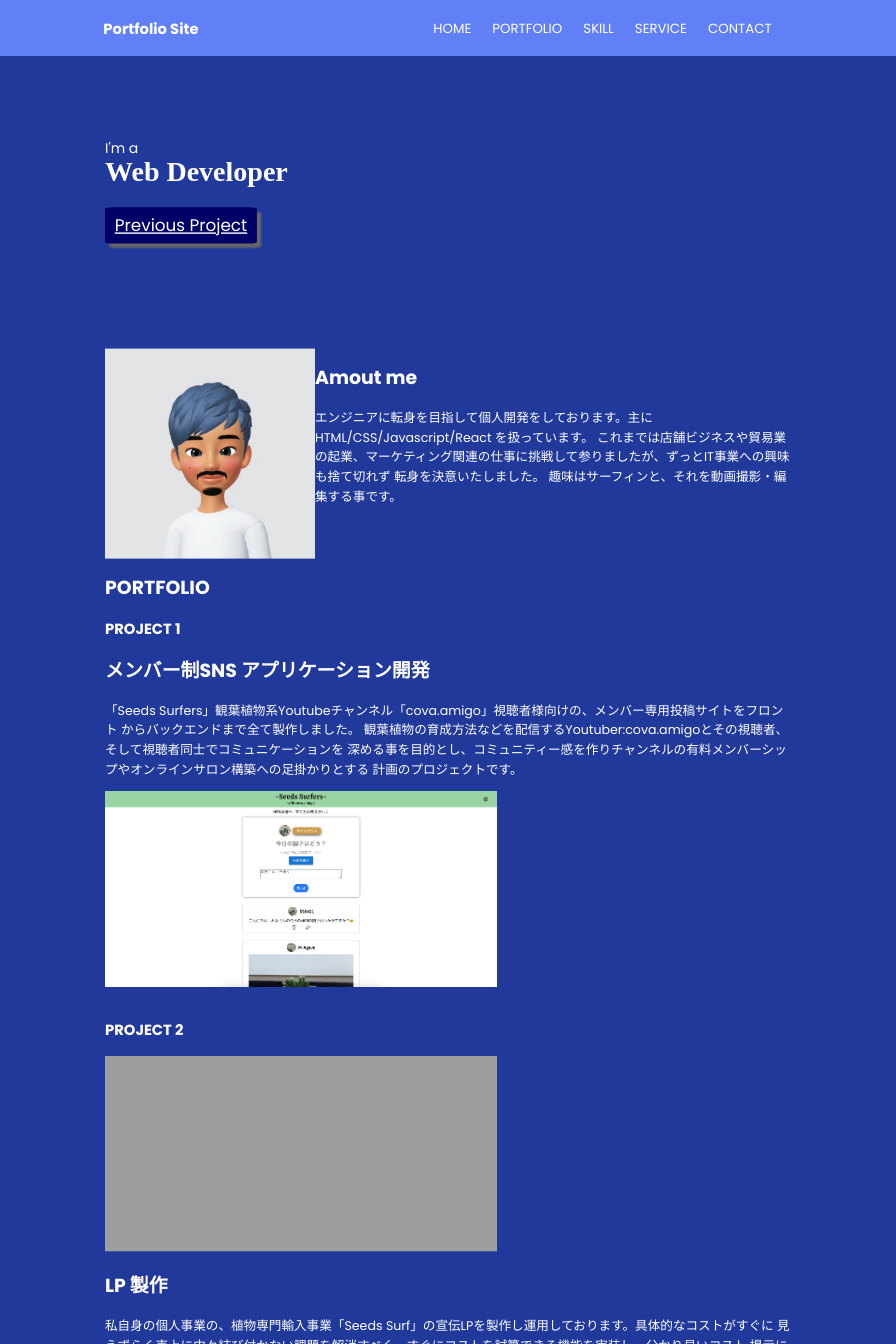
Repository: Seiya00002/my-portfolio-website2
Page: /
An editor plug-in stored every save of this project. The page is shown before and after the next save, followed by the edit.
The browser window is 1280 px wide. The pictures show the part of the page from y = 0 to 1920 px (the page is 4002 px tall), at 70% of full size.
Pictures or frames that could not be fetched are drawn as grey boxes. Some web fonts or font styles are not loaded; a fallback is used. The project was rebuilt for these pictures with package versions that can differ from the ones it lists, and the page was loaded fresh each time.

Above is the page before, as saved 2023-09-24 08:13:30.

After the next save:
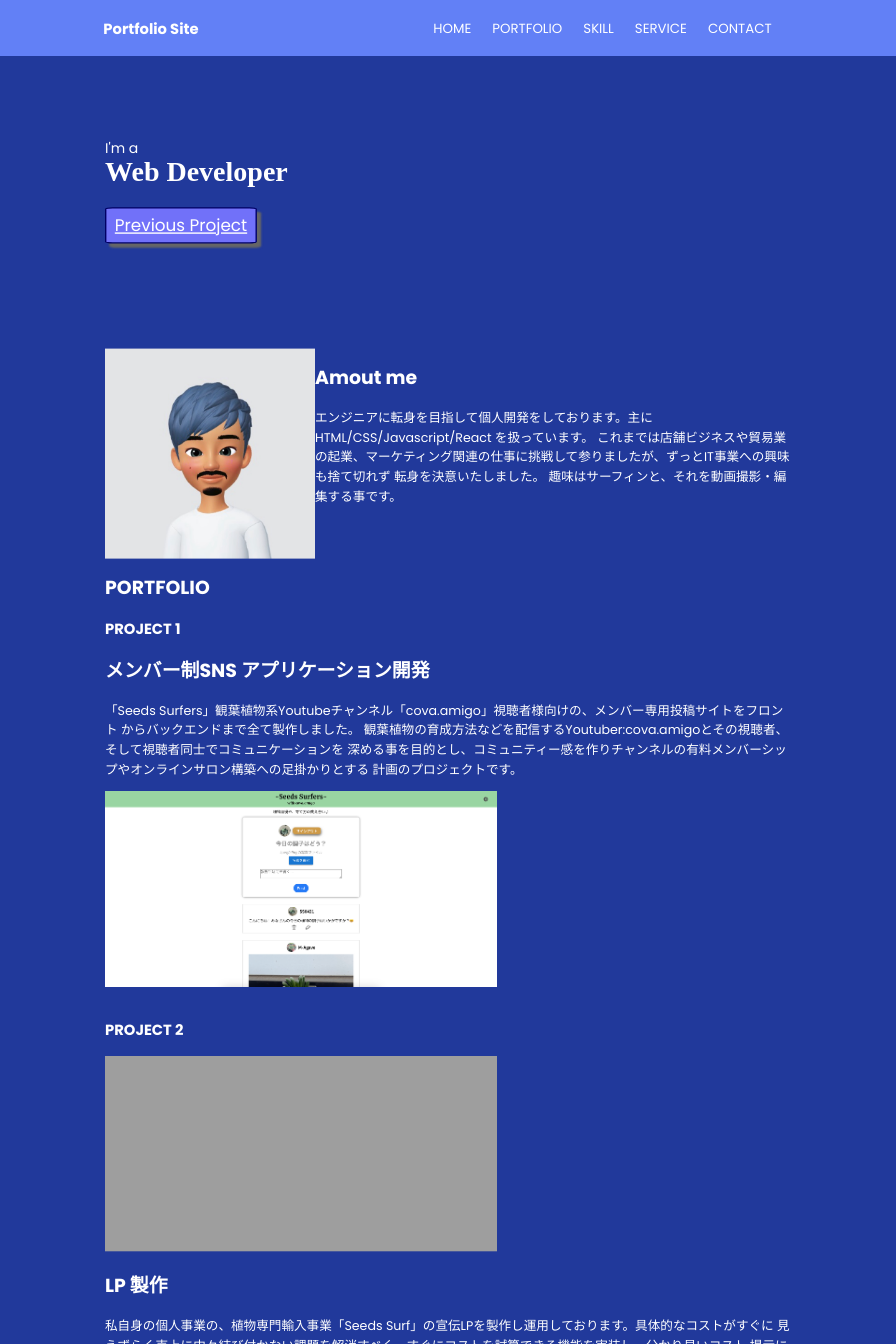
Saved 50 s later.
--- a/src/App.css
+++ b/src/App.css
@@ -69,7 +69,7 @@
   text-align    : center;      /* 文字位置   */
   cursor        : pointer;     /* カーソル   */
   padding       : 12px 12px;   /* 余白       */
-  background    : #000066;     /* 背景色     */
+  background    : #7171f9;     /* 背景色     */
   color         : #ffffff;     /* 文字色     */
   line-height   : 1em;         /* 1行の高さ  */
   transition    : .3s;         /* なめらか変化 */
